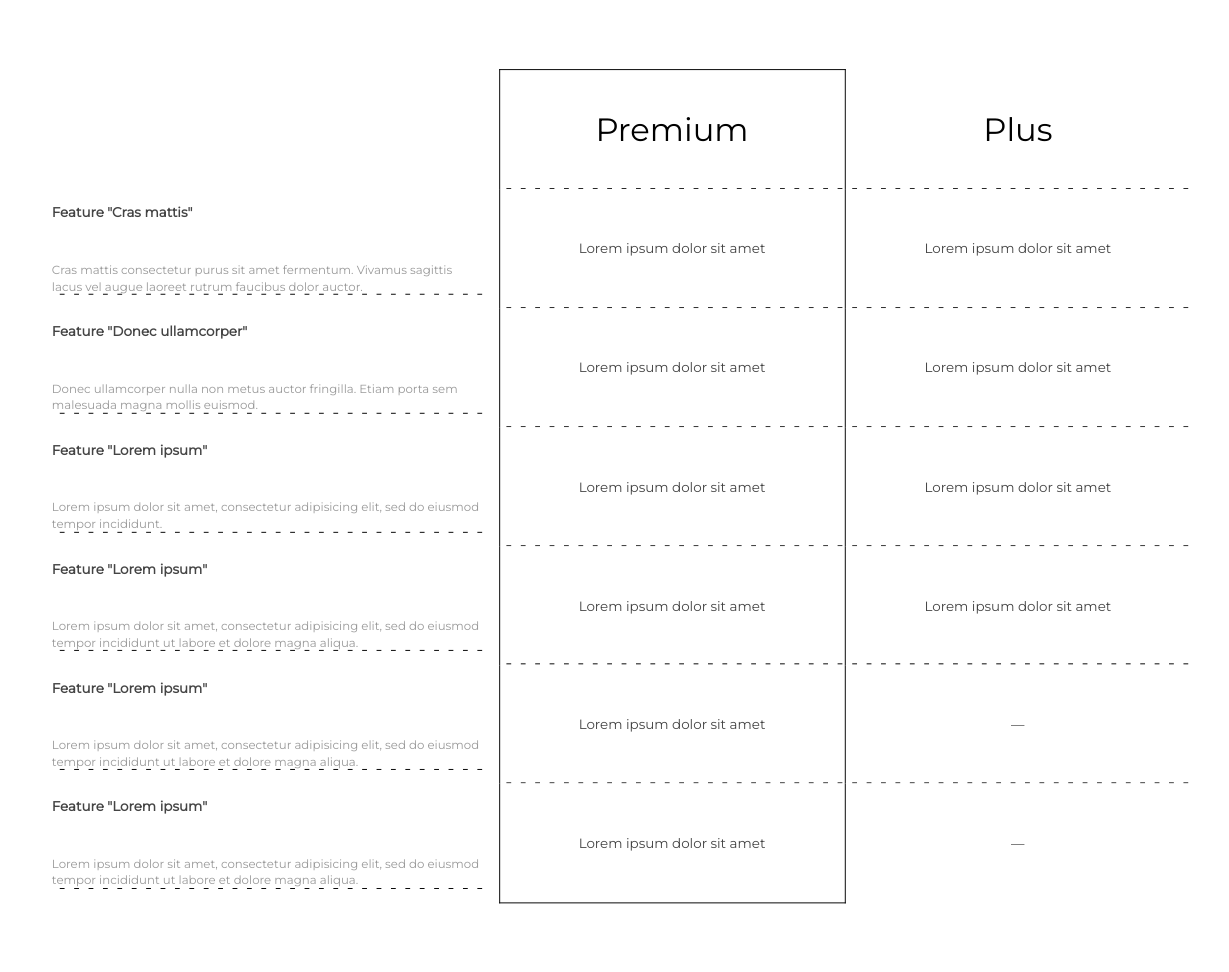
Repository: darlino/gotyu_shopify_section
Page: gotyu_table210223/index.html
An editor plug-in stored every save of this project. The page is shown before and after the next save, followed by the edit.
The browser window is 1280 px wide. The pictures show the whole page, at 96% of full size.

Above is the page before, as saved 2023-02-21 13:08:39.

### gotyu_table210223/index.html
<!DOCTYPE html>
<html lang="en">
  <head>
    <meta charset="UTF-8" />
    <meta http-equiv="X-UA-Compatible" content="IE=edge" />
    <meta name="viewport" content="width=device-width, initial-scale=1.0" />
    <title>Document</title>
    <link rel="stylesheet" href="style.css" />
    <link rel="preconnect" href="https://fonts.googleapis.com" />
    <link rel="preconnect" href="https://fonts.gstatic.com" crossorigin />
    <link
      href="https://fonts.googleapis.com/css2?family=Montserrat&display=swap"
      rel="stylesheet"
    />
  </head>
  <body>
    <table>
      <colgroup></colgroup>
      <colgroup></colgroup>
      <colgroup></colgroup>

      <thead>
        <tr>
          <th>&nbsp;</th>
          <th>
            <h2>Premium</h2>
          </th>
          <th>
            <h2>Plus</h2>
          </th>
        </tr>
      </thead>

      <tbody>
        <tr>
          <th>
            Feature "Cras mattis"
            <span
              >Cras mattis consectetur purus sit amet fermentum. Vivamus
              sagittis lacus vel augue laoreet rutrum faucibus dolor
              auctor.</span
            >
          </th>
          <td>Lorem ipsum dolor sit amet</td>
          <td>Lorem ipsum dolor sit amet</td>
        </tr>
        <tr>
          <th>
            Feature "Donec ullamcorper"
            <span
              >Donec ullamcorper nulla non metus auctor fringilla. Etiam porta
              sem malesuada magna mollis euismod.</span
            >
          </th>
          <td>Lorem ipsum dolor sit amet</td>
          <td>Lorem ipsum dolor sit amet</td>
        </tr>
        <tr>
          <th>
            Feature "Lorem ipsum"
            <span
              >Lorem ipsum dolor sit amet, consectetur adipisicing elit, sed do
              eiusmod tempor incididunt.</span
            >
          </th>
          <td>Lorem ipsum dolor sit amet</td>
          <td>Lorem ipsum dolor sit amet</td>
        </tr>
        <tr>
          <th>
            Feature "Lorem ipsum"
            <span
              >Lorem ipsum dolor sit amet, consectetur adipisicing elit, sed do
              eiusmod tempor incididunt ut labore et dolore magna aliqua.</span
            >
          </th>
          <td>Lorem ipsum dolor sit amet</td>
          <td>Lorem ipsum dolor sit amet</td>
        </tr>
        <tr>
          <th>
            Feature "Lorem ipsum"
            <span
              >Lorem ipsum dolor sit amet, consectetur adipisicing elit, sed do
              eiusmod tempor incididunt ut labore et dolore magna aliqua.</span
            >
          </th>
          <td>Lorem ipsum dolor sit amet</td>
          <td>&mdash;</td>
        </tr>
        <tr>
          <th>
            Feature "Lorem ipsum"
            <span
              >Lorem ipsum dolor sit amet, consectetur adipisicing elit, sed do
              eiusmod tempor incididunt ut labore et dolore magna aliqua.</span
            >
          </th>
          <td>Lorem ipsum dolor sit amet</td>
          <td>&mdash;</td>
        </tr>
      </tbody>
    </table>
  </body>
</html>

### gotyu_table210223/style.css
body {
  background: #fff;
  font-family: "Montserrat", sans-serif;
  color: #000;
  text-align: center;
  padding: 4em 2em;
}

table {
  width: 100%;
  text-align: left;
  border-spacing: 0;
  border-collapse: collapse;
  -webkit-box-sizing: border-box;
  -moz-box-sizing: border-box;
  box-sizing: border-box;
  border: none;
}

th,
td {
  font-family: inherit;
  font-size: 0.875em;
  line-height: 1.45;
  color: #444;
  vertical-align: middle;
  padding: 1em;
}
th {
  font-weight: 600;
}

colgroup:nth-child(1) {
  width: 40%;
  border: 0 none;
}
colgroup:nth-child(3) {
  width: 30%;
}
colgroup:nth-child(2) {
  width: 30%;
  border: 1px solid #000;
  border-radius: 50%;
}

/* Tablehead */

thead th {
  text-align: center;
  position: relative;
  background-image: linear-gradient(
    to right,
    black 33%,
    rgba(255, 255, 255, 0) 0%
  );
  background-position: bottom;
  background-size: 15px 1.2px;
  background-repeat: repeat-x;
  padding: 10px 0px 10px;
  color: #999;
}
thead th:nth-child(1) {
  background: transparent;
}
thead th h2 {
  font-weight: 300;
  font-size: 2.4em;
  color: #000;
}
thead th h2 + p {
  font-size: 1.25em;
  line-height: 1.4;
}

/* Tablebody */

tbody th {
  background: #fff;
}
tbody th span {
  font-weight: normal;
  font-size: 87.5%;
  color: #999;
  display: block;
  background-image: linear-gradient(
    to right,
    black 33%,
    rgba(255, 255, 255, 0) 0%
  );
  background-position: bottom;
  background-size: 15px 1.2px;
  background-repeat: repeat-x;
  margin-top: 40px;
}

tbody td {
  background: #fff;
  text-align: center;
  background-image: linear-gradient(
    to right,
    black 33%,
    rgba(255, 255, 255, 0) 0%
  );
  background-position: bottom;
  background-size: 15px 1.2px;
  background-repeat: repeat-x;
}

tbody tr:last-child td {
  border-bottom: 0 none;
  background-image: linear-gradient(to right, transparent 33%, transparent 0%);
  background-position: bottom;
  background-size: 15px 1.2px;
  background-repeat: repeat-x;
}

/* Tablefooter */

After the next save:
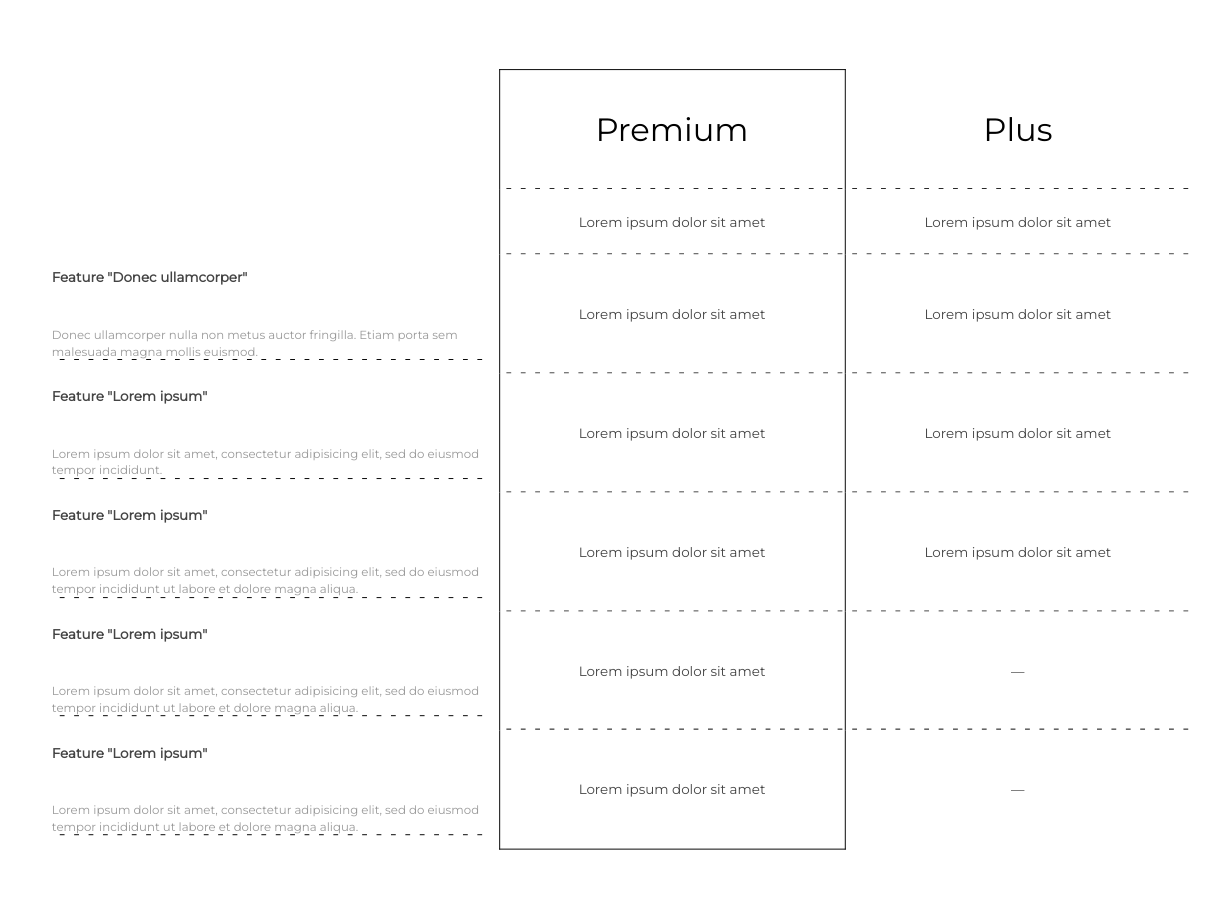
Saved 25 s later.
--- a/gotyu_table210223/index.html
+++ b/gotyu_table210223/index.html
@@ -34,12 +34,7 @@
       <tbody>
         <tr>
           <th>
-            Feature "Cras mattis"
-            <span
-              >Cras mattis consectetur purus sit amet fermentum. Vivamus
-              sagittis lacus vel augue laoreet rutrum faucibus dolor
-              auctor.</span
-            >
+            <span></span>
           </th>
           <td>Lorem ipsum dolor sit amet</td>
           <td>Lorem ipsum dolor sit amet</td>
